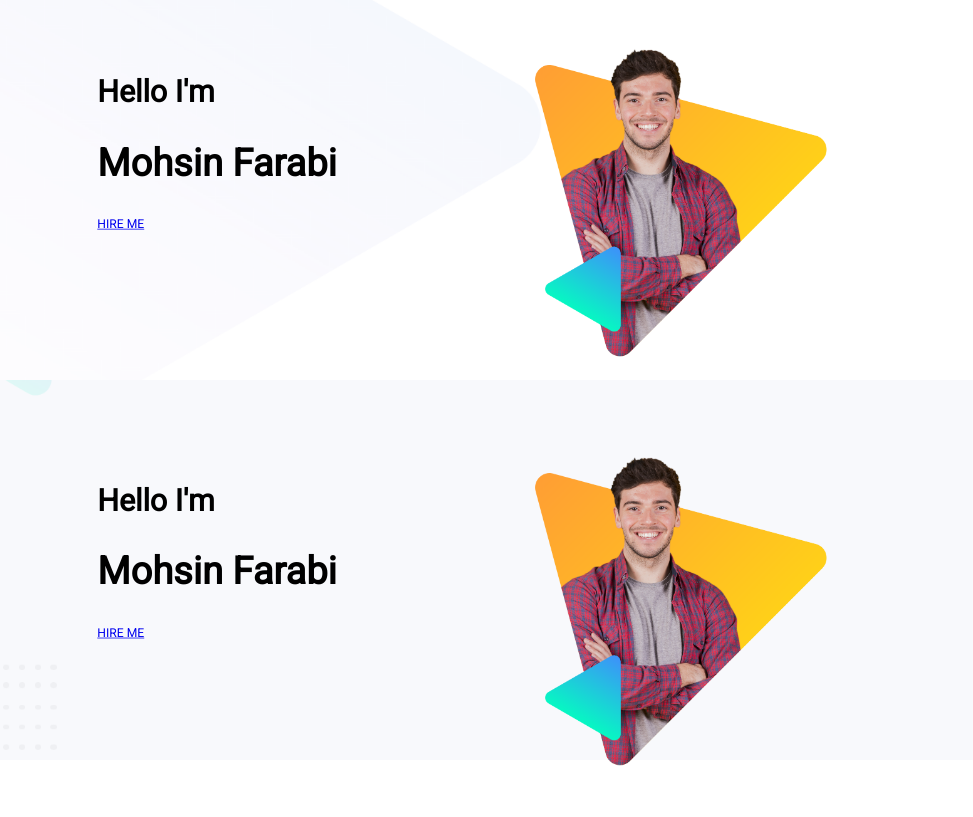
Repository: mohsinfarabi/personal-website
Page: index.html
These files come from the project's save history. The page is drawn as it stood at one moment and after the next save; the edit follows.
The browser window is 1280 px wide. The pictures show the whole page, at 76% of full size.

Above is the page before, as saved 2020-07-01 02:30:03.

### index.html
<!DOCTYPE html>
<html lang="en">

<head>
    <meta charset="UTF-8">
    <meta name="viewport" content="width=device-width, initial-scale=1.0">
    <link href="https://fonts.googleapis.com/css2?family=Roboto" rel="stylesheet">
    <link rel="stylesheet" href="style.css">
    <title>Farabi - Web Developer</title>
</head>

<body>
    <section class="header-part">
        <div class="half-width">
            <h2>Hello I'm</h2>
            <h1>Mohsin Farabi</h1>
            <a class="link-button" target="_blank" href="https://www.linkedin.com/in/mohsin-farabi-68655040/">HIRE ME</a>
        </div>
        <div class="half-width">
            <img src="images/peter.png" alt="">
        </div>
    </section>
    <section class="biography">
        <div class="half-width">
            <h2>Hello I'm</h2>
            <h1>Mohsin Farabi</h1>
            <a class="link-button" target="_blank" href="https://www.linkedin.com/in/mohsin-farabi-68655040/">HIRE ME</a>
        </div>
        <div class="half-width">
            <img src="images/peter.png" alt="">
        </div>
    </section>


</body>

</html>

### style.css
body {
    margin: 0;
    font-family: 'Roboto', sans-serif;
}

h1 {
    font-size: 50px;
}

h2 {
    font-size: 40px;
}

p {
    color: dimgray;
}

section {
    height: 500px;
}

.biography {
    background-image: url("images/biography-bg.png");
    background-repeat: no-repeat;
    background-position: center;
}

.header-part {
    background-image: url("images/header-bg.png");
    background-repeat: no-repeat;
}

.half-width {
    width: 30%;
    float: left;
    margin-left: 5%;
    padding: 5%;
}

.half-width img {
    width: 100%;
}

After the next save:
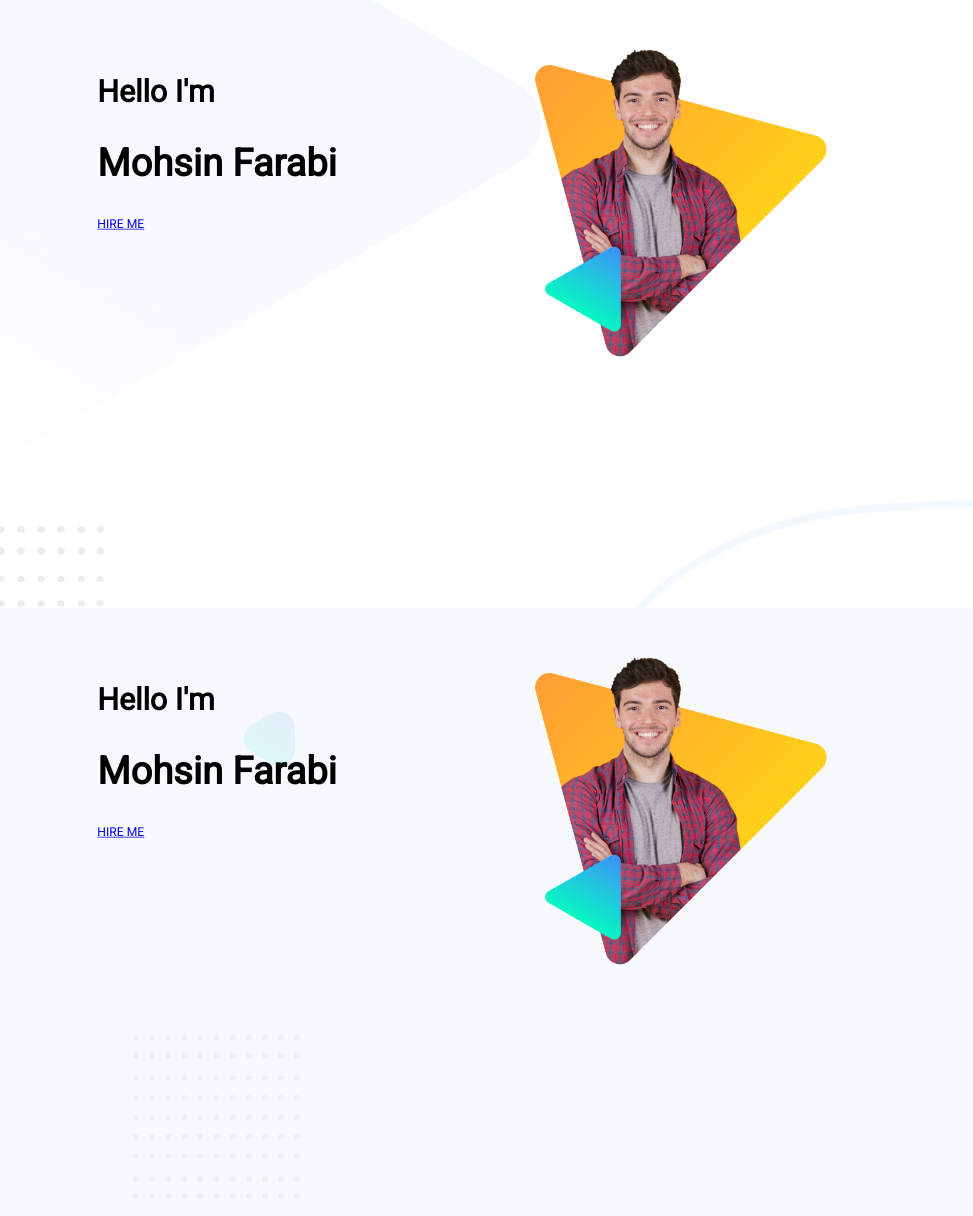
Saved 11 s later.
--- a/style.css
+++ b/style.css
@@ -16,13 +16,12 @@ p {
 }
 
 section {
-    height: 500px;
+    height: 800px;
 }
 
 .biography {
     background-image: url("images/biography-bg.png");
     background-repeat: no-repeat;
-    background-position: center;
 }
 
 .header-part {
